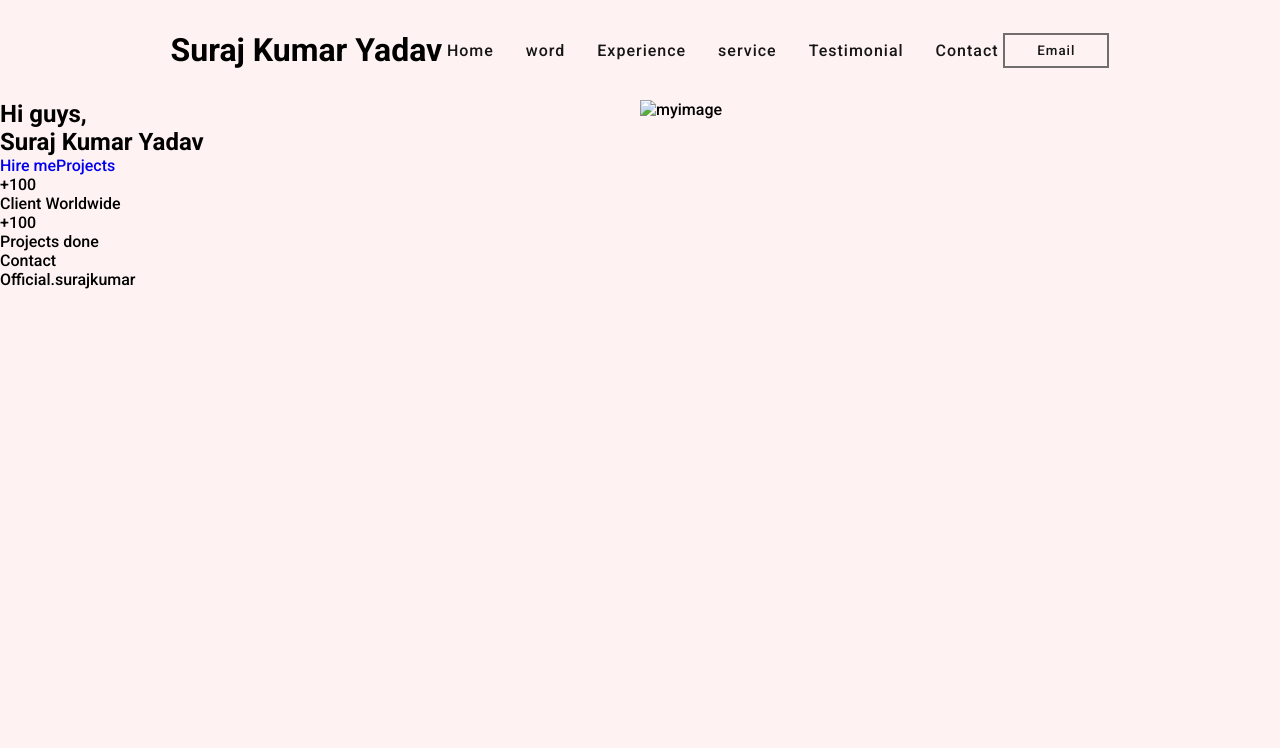
Repository: suraj-yadav7/portfolio-reactjs
Page: /
These files come from the project's save history. The page is drawn as it stood at one moment and after the next save; the edit follows.
The browser window is 1280 px wide. The pictures show the whole page.
The project was rebuilt for these pictures with package versions that can differ from the ones it lists, and the page was loaded fresh each time.

Above is the page before, as saved 2023-04-04 19:29:15.

### src/index.js
import React from 'react';
import ReactDOM from 'react-dom/client';
import App from './App';
import './styles/app.scss'

const root = ReactDOM.createRoot(document.getElementById('root'));
root.render(
  <React.StrictMode>
    <App />
  </React.StrictMode>
);

### src/App.js
import Header from "./components/Header";
import Home from "./components/Home";


function App() {
  return (
    <>
      <Header/>
      <Home/>

    </>
  );
}

export default App;

### src/styles/app.scss
@import url('https://fonts.googleapis.com/css2?family=Open+Sans:wght@300;400;500&family=Roboto:ital,wght@0,300;0,500;0,700;1,700&display=swap');

@import "statics";
@import "header";  //the statice values are available to header bcz statics is "import" above ii
@import "home";

*{
    margin:0;
    padding:0;
    box-sizing: border-box;
    font-family: $text1;
    scroll-behavior: smooth;
}
a{
    text-decoration: none;
}

body{
    background-color: $color1;
    overflow-x: hidden;
}

.disableBtn {
    background-color: rgb(237,237,237);
    cursor: not-allowed;
}

### src/components/Header.jsx
import React from "react"

const Header = ()=>{
    return(
        <nav>
            <NavContent/>
        </nav>
    )
};

const NavContent = () =>{
    return(

        <>
        <h2>Suraj Kumar Yadav</h2>
        <div>
            <a href="#home">Home</a>
            <a href="#word">word</a>
            <a href="#timeline">Experience</a>
            <a href="#service">service</a>
            <a href="#testimonial">Testimonial</a>
            <a href="#Contact">Contact</a>
        </div>
        <a href="mailto: official.surajkumar@gmail.com">
            <button>Email</button>
        </a>
        </>
        )
}


export default Header;

### src/components/Home.jsx
import React from 'react'
import {motion} from "framer-motion"
import { Typewriter} from 'typewriter-effect'

const Home = () => {

  const animation ={
    h1:{
      initial:{
        x:"-100%",
        opacity:0
      },
      whileInView:{
        x:0,
        opacity:1
      }
    },
    button:{
      initial:{
        y:"-100%",
        opacity:0
      },
      whileInView:{
        y:0,
        opacity:1
      }
    }
  }

  return (
    <>
    <div id="home">
        <section>
          <div>
            <motion.h1 {...animation.h1} >
              Hi guys, <br/> Suraj Kumar Yadav
            </motion.h1>

            {/* <Typewriter options={{
              strings:["A developer", "A Designer"],
              autoStart: true,
              loop: true,
              wrapperClassName:"typewriterpara"

            }} /> */}


            <div>
              <a href="mailto:surajkumar@gmail.com">Hire me</a>
              <a href="#work">Projects</a>
            </div>

          <article>
            <p>
              +<span>100</span>
            </p>
            <span>Client Worldwide</span>
          </article>

          <aside>
          <article>
            <p>
              +<span>100</span>
            </p>
            <span>Projects done</span>
          </article>
          </aside>
          </div>
          <article>
            <p>
            Contact</p>
            <span>Official.surajkumar</span>
          </article>
        </section>





        <section>
          <img src="#" alt="myimage"></img>
        </section>
    </div>
    </>
  )
}

export default Home

### src/styles/statics.scss
$text1:"Roboto", sans-serif;
$text2:"Open sans", sans-serif;

$color1: #fef2f2;
$color2: #286f6c;
$color2_1: #174340;
$color3: #f26440;
$color3_light: rgb(249 141 141);
$color4: #fff;
$color5: #292b46;
$color6: #161616;
$color6_1: #16161698;
$color6_2: #16161622;


$p: 13.33vmax;
$p_md: 7vmax;
$p_base: 5vmax;
$p_base_INVERSE: 10vmax 15vmax;
$p_sm: 2vmax;
$p_sm_inverse: 13vmax 0;
$p_zero: 0;

### src/styles/header.scss


nav{
    width:100%;
    height:100px;
    background-color: $color1;
    display: flex;
    align-items: center;
    justify-content: space-between;
    padding: 0px $p;
    position: sticky;
    top:0;
    z-index: 60%;
    >h2{
        font-size:2rem;
    }
    >div{
        display: flex;
        align-items: center;
        gap:2rem;
        a{
            color: $color6;
            font-weight: 500;
            transition: all 0.3s;
            letter-spacing: 1px;
            &:hover{
                color:$color3;
            }
        }
    }
    >a >button{
        border: 2px solid $color6_1;
        padding: 0.5rem 2rem;
        background-color: $color1;
        cursor: pointer;
        color: $color6;
        letter-spacing: 1px;
        font-weight: 500;
        transition: all 0.3s;
        &:hover{
           background-color: $color6;
            color: $color4;
        }
    }
}

### src/styles/home.scss
#home{
    width:100%;
    height:90vh;
    display: flex;

    >section{
        width:100%;
    }
}

Loaded but not shown: public/index.html (common file)

After the next save:
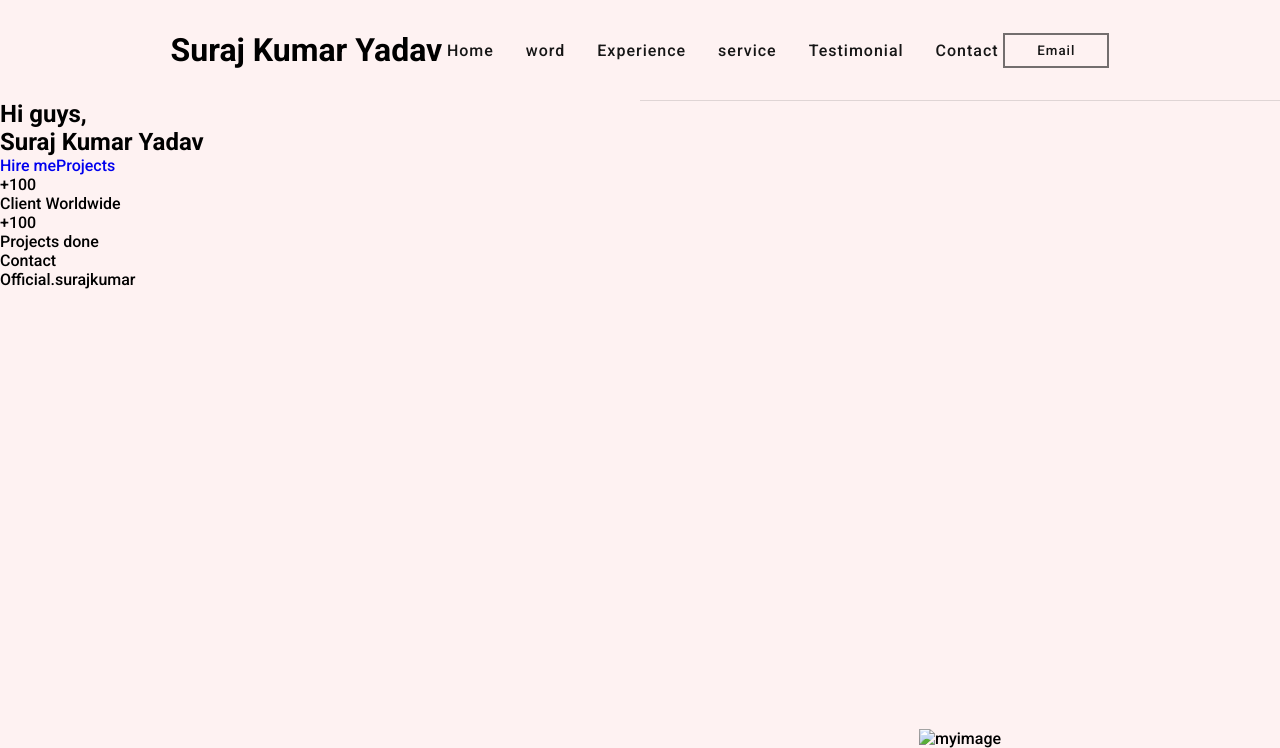
Saved 111 s later.
--- a/src/styles/home.scss
+++ b/src/styles/home.scss
@@ -5,5 +5,18 @@
 
     >section{
         width:100%;
+
+    &:first-of-type{
+
+    }
+
+    &:last-of-type{
+        border-top:1px solid $color6_2 ;
+        display: flex;
+        flex-direction: column;
+        justify-content: flex-end;
+        align-items: center;
+        overflow-x: hidden;
+    }
     }
 }
